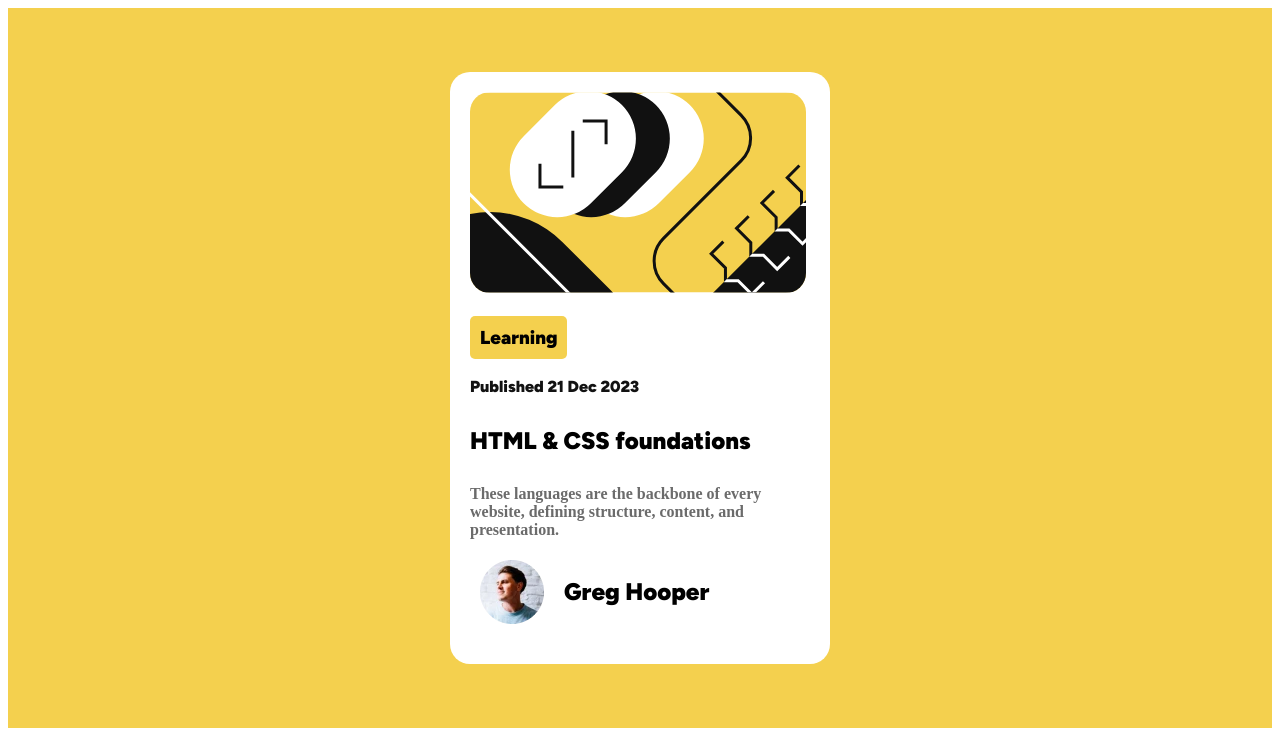
Repository: reemoon-ctrl/blog-preview-card
Page: index.html
These files come from the project's save history. The page is drawn as it stood at one moment and after the next save; the edit follows.
The browser window is 1280 px wide. The pictures show the whole page.

Above is the page before, as saved 2024-07-19 14:58:51.

After the next save:
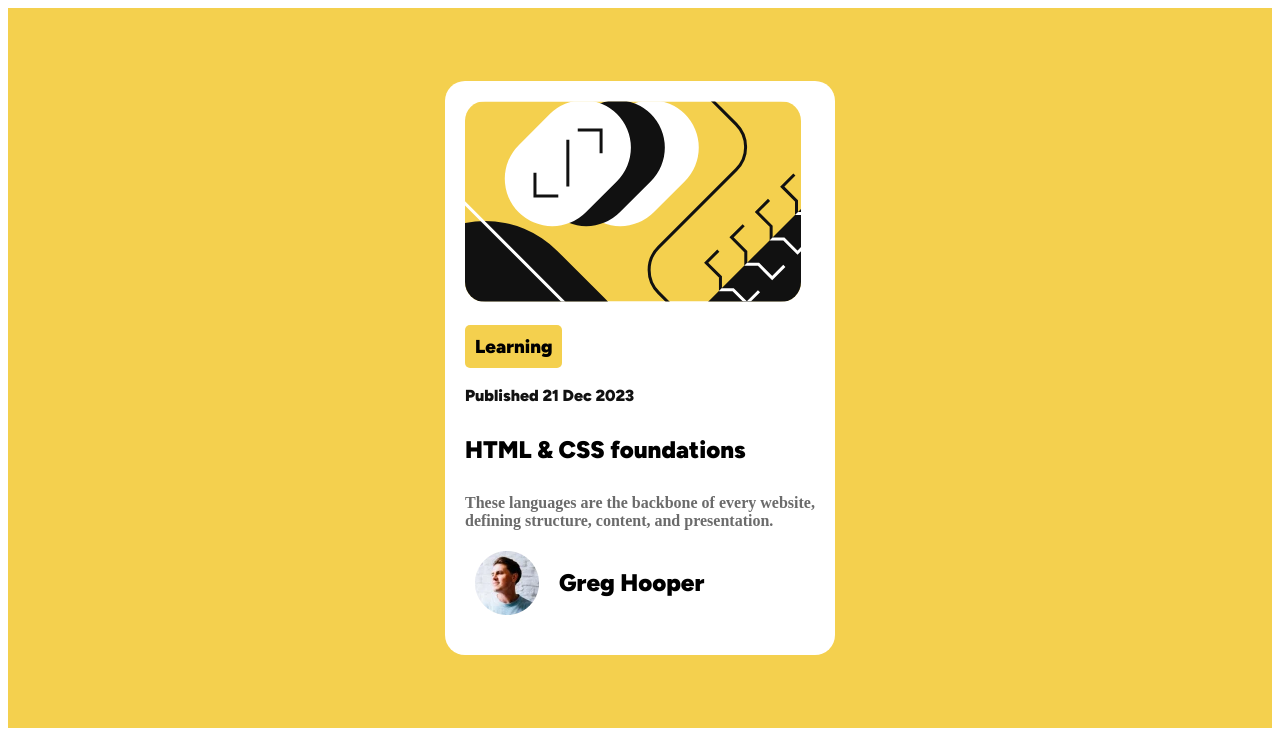
Saved 104 s later.
--- a/index.css
+++ b/index.css
@@ -12,7 +12,7 @@
     background-color: white;
     padding: 20px;
     border-radius: 20px;
-    flex-basis: 340px;
+    flex-basis: 350px;
 }
 
 .blog-img{
